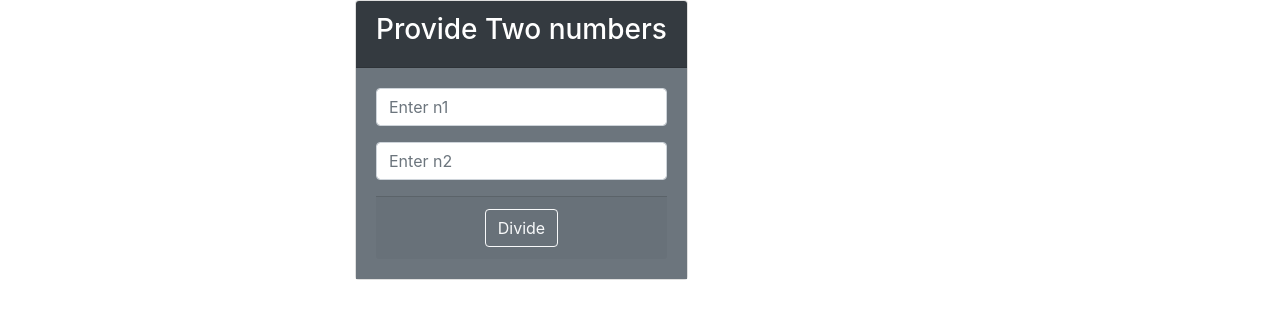
Repository: Rakshita123136/Advjavacollege
Page: Errorjsp/src/main/webapp/index.html
These files come from the project's save history. The page is drawn as it stood at one moment and after the next save; the edit follows.
The browser window is 1280 px wide. The pictures show the whole page.

Above is the page before, as saved 2025-03-10 03:36:26.

After the next save:
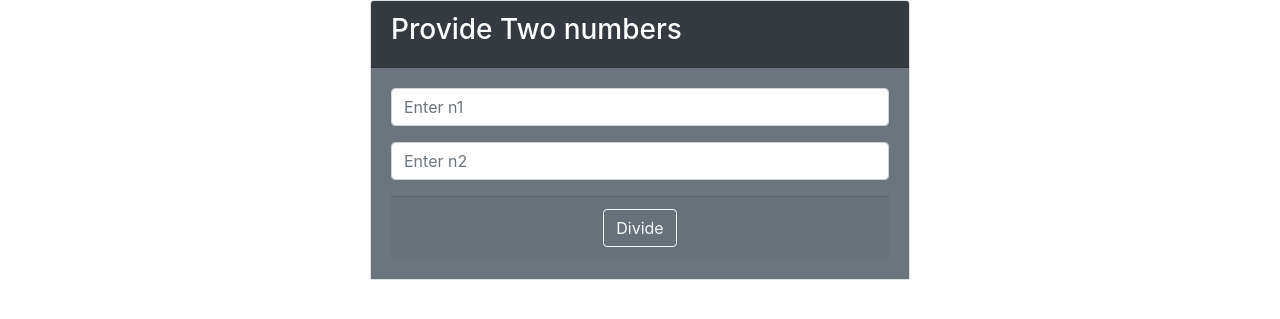
Saved 7 min 17 s later.
--- a/Errorjsp/src/main/webapp/index.html
+++ b/Errorjsp/src/main/webapp/index.html
@@ -13,7 +13,7 @@
 	<div class="container">
 		<div class="row">
 
-			<div class="col-ms-6 offset-md-3">
+			<div class="col-md-6 offset-md-3">
 				<form action="new.jsp">
 					<div class="card">
 						<div class="card-header bg-dark text-white">
